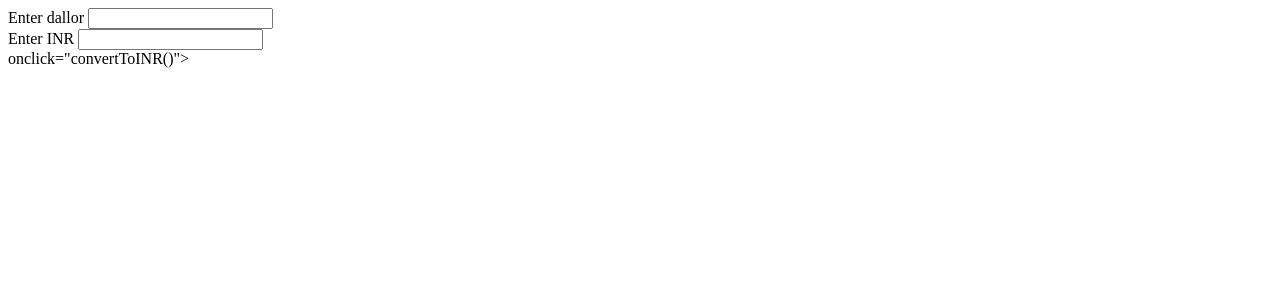
Repository: poojitha-9052/AdvJavaPrograms
Page: JavaScriptEx/src/main/webapp/DollarToINR.html
These files come from the project's save history. The page is drawn as it stood at one moment and after the next save; the edit follows.
The browser window is 1280 px wide. The pictures show the whole page.

Above is the page before, as saved 2024-03-25 08:39:16.

### JavaScriptEx/src/main/webapp/DollarToINR.html
<!DOCTYPE html>
<html>
<head>
<meta charset="ISO-8859-1">
<title>Dollar To INR</title>
</head>
<body>
<form>

<label>Enter dallor</label>
<input type="text" id="dollarInput"  onclick="convertToINR()" required>
<br>

<label>Enter INR</label>
<input type="text" id="InrOutput" readonly>
<br>

 onclick="convertToINR()">

</form>

</body>
</html>

After the next save:
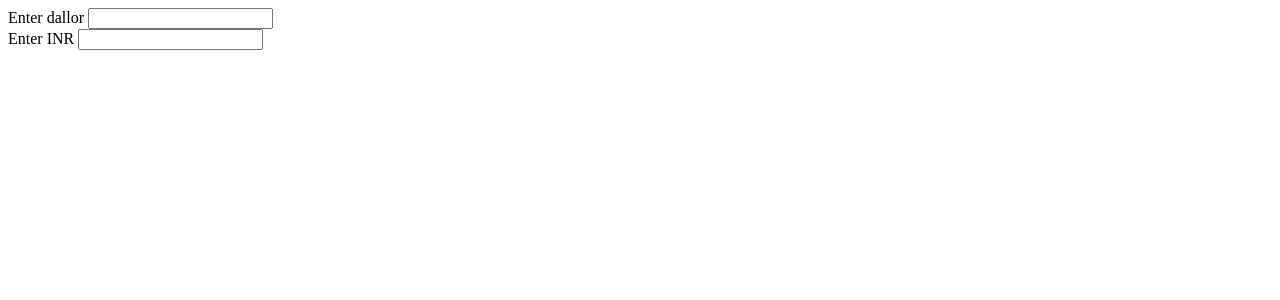
Saved 24 s later.
--- a/JavaScriptEx/src/main/webapp/DollarToINR.html
+++ b/JavaScriptEx/src/main/webapp/DollarToINR.html
@@ -15,9 +15,6 @@
 <input type="text" id="InrOutput" readonly>
 <br>
 
- onclick="convertToINR()">
-
 </form>
-
 </body>
 </html>
